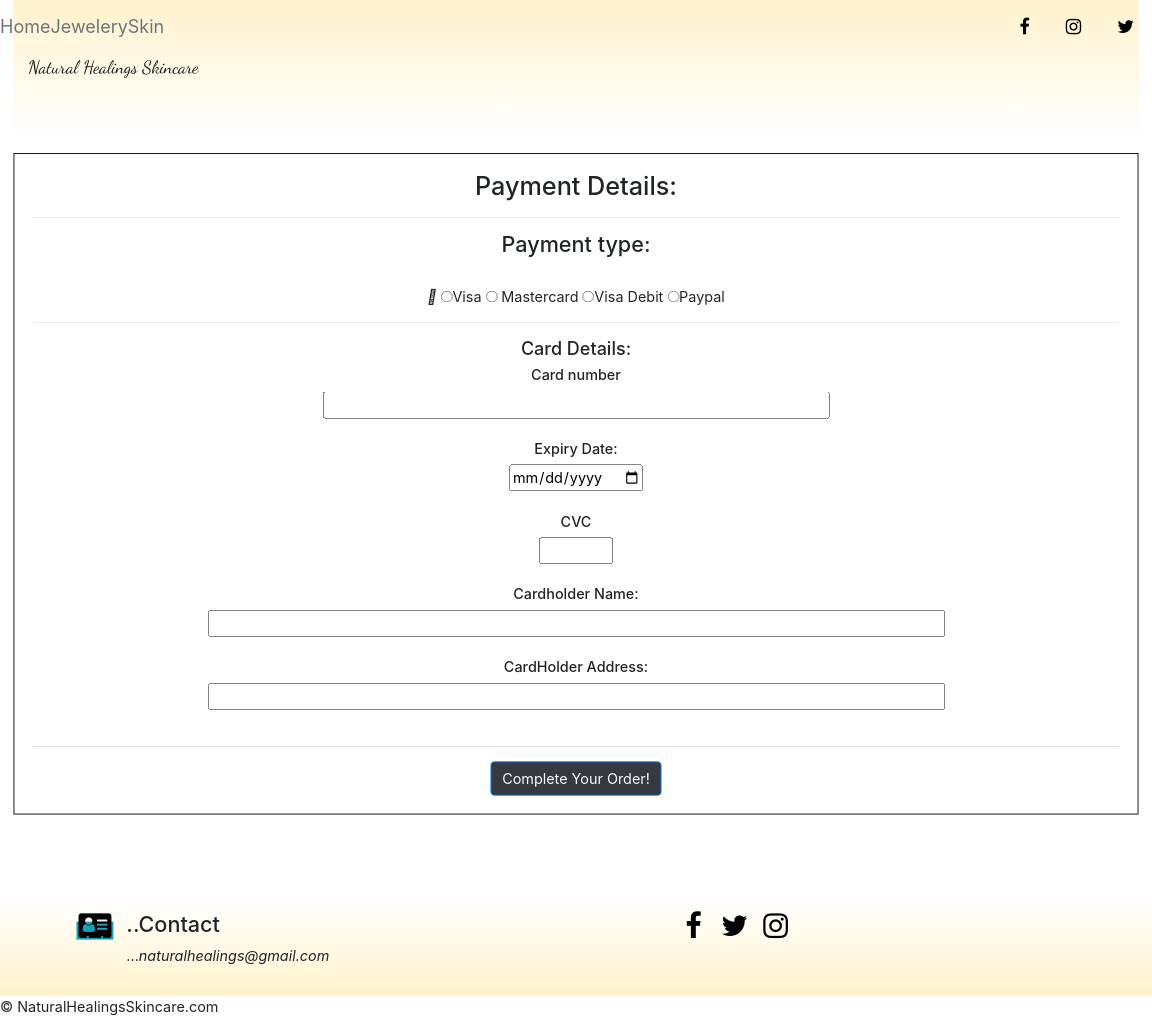
Repository: aliciarawlings/first-milestone
Page: form2.html
The author's editor kept a record of every edit. The page is drawn from the files as they stood at one moment, then again after the next edit.
The browser window is 1280 px wide. The pictures show the whole page, at 90% of full size.
Some web fonts or font styles are not loaded; a fallback is used.

Above is the page before.

After the next edit:
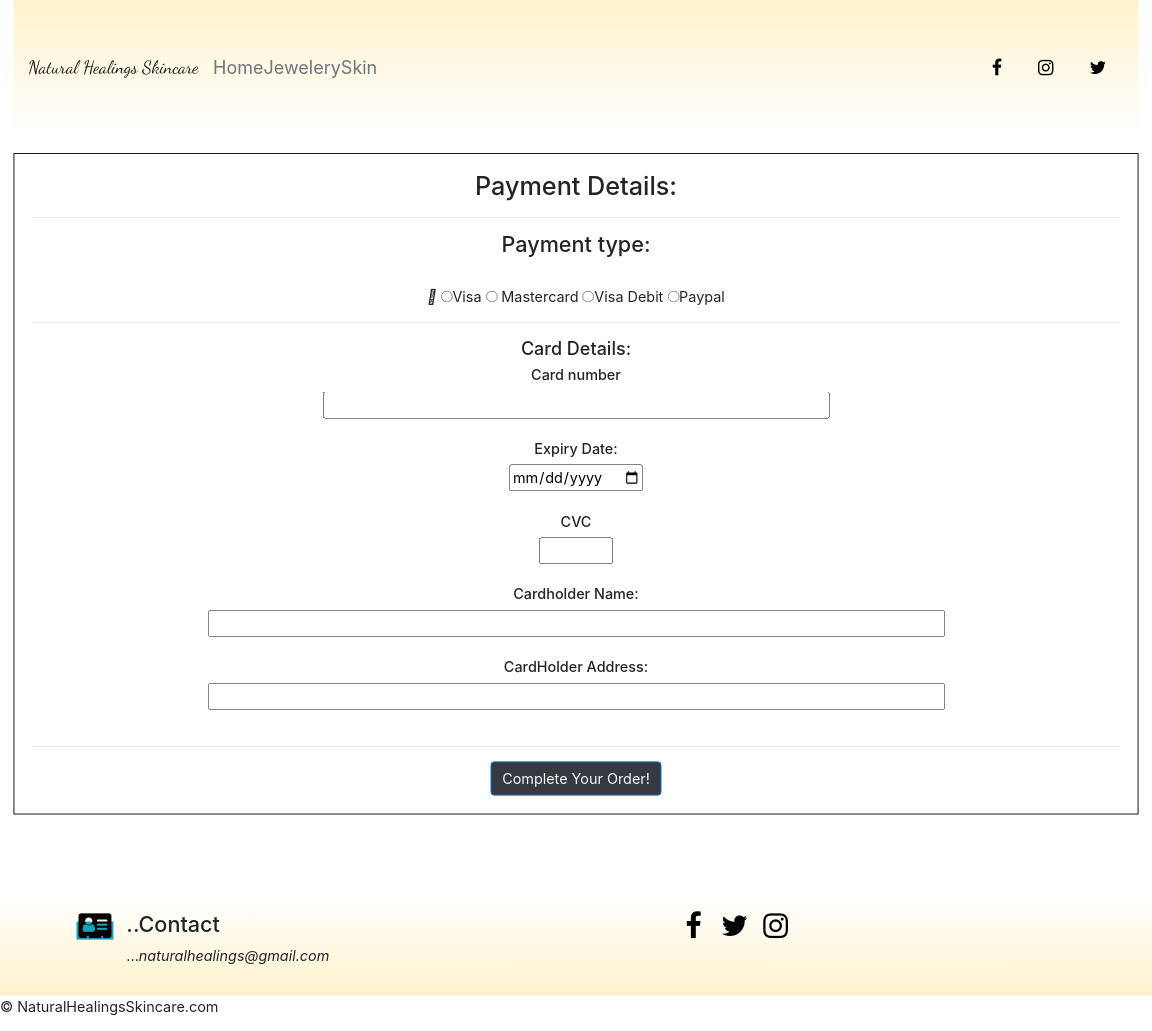
The edit:
--- a/form2.html
+++ b/form2.html
@@ -19,11 +19,13 @@
   <div class="container-fluid">
     <!-------NAVBAR------->
   <nav class="navbar navbar-expand-lg navbar-light bg-light grad navfont">
-    <a class="navbar-brand heading  d-none d-sm-block" href="index.html">Natural Healings Skincare</a>
+    <div class="float-sm-right">
+    <a class="navbar-brand heading" href="index.html">Natural Healings Skincare</a>
     <button class="navbar-toggler collapsed" type="button" data-toggle="collapse" data-target="#navbarNav" aria-controls="navbarNav" aria-expanded="false" aria-label="Toggle navigation">
       <span class="navbar-toggler-icon"></span>
     </button>
-    <div class="collapse navbar-collapse fixed-top" id="navbarNav">
+    </div>
+    <div class="collapse navbar-collapse d-fixed-top-d-sm-block" id="navbarNav">
       <ul class="navbar-nav">
         <li class="nav-item">
           <a class="nav-brand text-muted"  href="index.html">Home</a>
@@ -32,11 +34,11 @@
           <a class="nav-brand text-muted"  href="jewelery.html">Jewelery</a>
         </li>
         <li class="nav-item">
-          <a class="nav-brand text-muted"  href="skincare.html">Skin</a>
+          <a class="nav-brand text-muted"  href="skincare.html">Skin </a>
 
         </li>
       </ul>
-       <div class="container-fluid d-none d-sm-block">
+      <div class="container-fluid d-none d-sm-block">
         <div class="row">
           <div class="col">
         </div>
